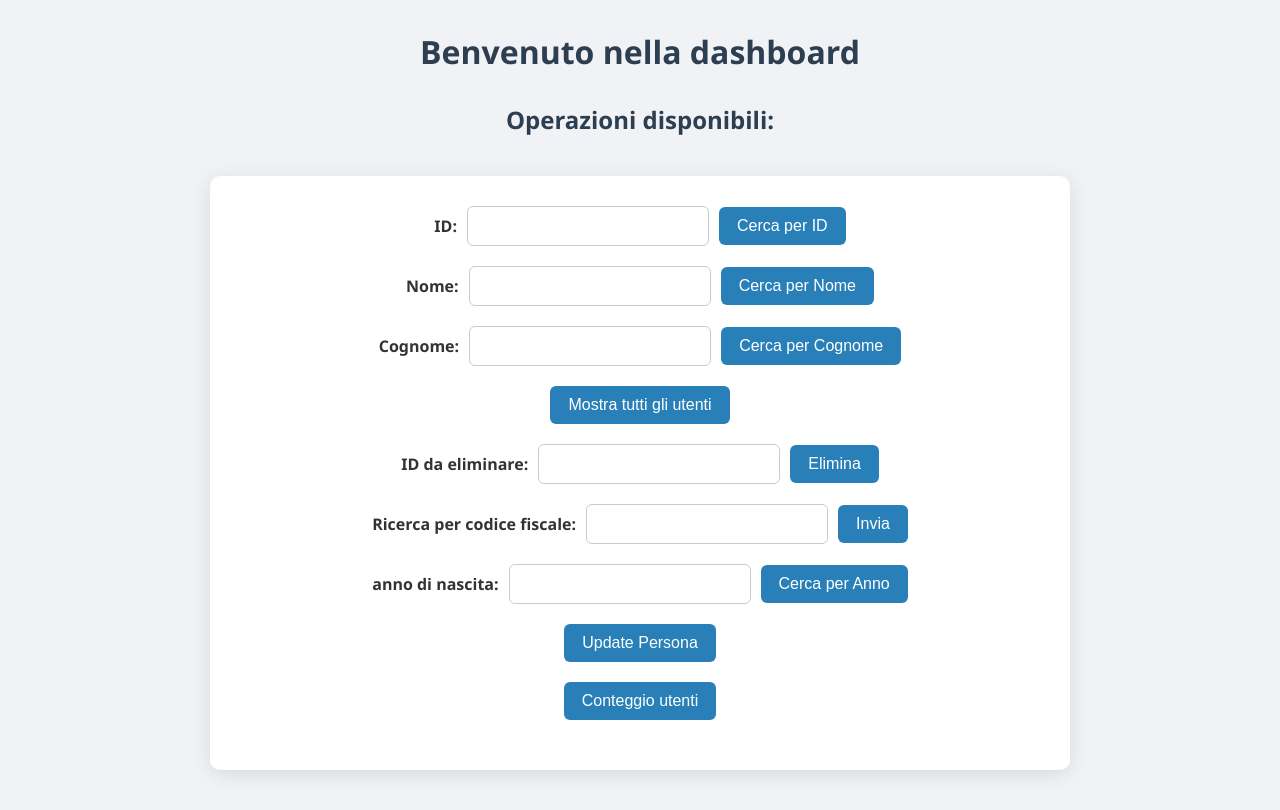
Repository: PcarloP/java_se
Page: http://localhost/anagraficaweb/dashboard.jsp
The author's editor kept a copy of each file at every save. The page is drawn from the files as they stood at one save, then again after the next save.
The browser window is 1280 px wide. The pictures show the whole page.
The page is served by Tomcat 10. Other server files are loaded and not shown.

Above is the page before, as saved 2025-06-22 18:42:58.

### anagraficaweb/WebContent/dashboard.jsp
<%@ page language="java" contentType="text/html; charset=UTF-8"%>
<!DOCTYPE html>
<html lang="it">
<head>
<meta charset="UTF-8">
<title>Dashboard</title>
<link rel="stylesheet"
	href="<%=request.getContextPath()%>/dashboard.css">
</head>

<body>
	<h1>Benvenuto nella dashboard</h1>
	<h2>Operazioni disponibili:</h2>


	<div class="forms-container">
		<!-- chiamata alla servlet del metodo  findById con metodo GET-->
		<form action="<%=request.getContextPath() + "/findById"%>"
			method="get">
			<label>ID:</label> <input type="text" name="id" required />
			<button type="submit">Cerca per ID</button>
		</form>


		<!-- chiamata alla servlet del metodo  findByNome con metodo GET-->
		<form action="<%=request.getContextPath() + "/findByNome"%>"
			method="get">
			<label>Nome:</label> <input type="text" name="nome" required />
			<button type="submit">Cerca per Nome</button>
		</form>


		<!-- chiamata alla servlet del metodo  findByCognome con metodo GET -->
		<form action="<%=request.getContextPath() + "/findByCognome"%>"
			method="get">
			<label>Cognome:</label> <input type="text" name="cognome" required />
			<button type="submit">Cerca per Cognome</button>
		</form>


		<!-- chiamata alla servlet del metodo  findAll con metodo GET-->
		<form action="<%=request.getContextPath() + "/findAll"%>" method="get">
			<button type="submit">Mostra tutti gli utenti</button>
		</form>


		<!-- chiamata alla servlet del metodo delete con metodo GET -->
		<form action="<%=request.getContextPath() + "/delete"%>" method="get">
			<label>ID da eliminare:</label> <input type="text" name="id" required />
			<button type="submit">Elimina</button>
		</form>


		<!--  chiamata alla servlet del metodo FindByCf con metodo GET-->
		<form action="<%=request.getContextPath() + "/findByCf"%>"
			method="get">
			<label> Ricerca per codice fiscale: </label> <input type="text"
				name=codicefiscale required />
			<button type="submit">Invia</button>
		</form>


        <!--  chiamata alla servlet del metodo FindByAnno con metodo GET-->
        <form action="<%=request.getContextPath() + "/findbyanno"%>"
			method="get">
			<label>anno di nascita:</label> <input type="text" name="annoNascita" required />
			<button type="submit">Cerca per Anno</button>
		</form>



<!-- Form per aggiornare una persona -->
<form action="<%=request.getContextPath()%>/updatesetter" method="get">
    <button type="submit">Update Persona</button>
</form>



		<form action="<%=request.getContextPath() + "/count"%>" method="get">
			<button type="submit">Conteggio utenti</button>

		</form>
	</div>
</body>
</html>

### anagraficaweb/WebContent/dashboard.css
body {
    font-family: 'Segoe UI', Tahoma, Geneva, Verdana, sans-serif;
    background-color: #f0f2f5;
    color: #333;
    margin: 0;
    padding: 0;
}


h1, h2 {
    text-align: center;
    color: #2c3e50;
    margin-top: 30px;
}


.forms-container {
    width: 90%;
    max-width: 800px;
    margin: 40px auto;
    padding: 30px;
    background-color: #ffffff;
    border-radius: 10px;
    box-shadow: 0 4px 20px rgba(0, 0, 0, 0.1);
}


form {
    display: flex;
    flex-wrap: wrap;
    align-items: center;
    justify-content: center;
    margin-bottom: 20px;
    gap: 10px;
}

label {
    font-weight: bold;
}

input[type="text"],
input[type="number"] {
    padding: 10px;
    width: 220px;
    border: 1px solid #ccc;
    border-radius: 6px;
    font-size: 1em;
    transition: border-color 0.3s ease;
}

input[type="text"]:focus,
input[type="number"]:focus {
    border-color: #2980b9;
    outline: none;
}

button {
    padding: 10px 18px;
    background-color: #2980b9;
    color: white;
    border: none;
    border-radius: 6px;
    font-size: 1em;
    cursor: pointer;
    transition: background-color 0.3s ease;
}

button:hover {
    background-color: #1c5980;
}

After the next save:
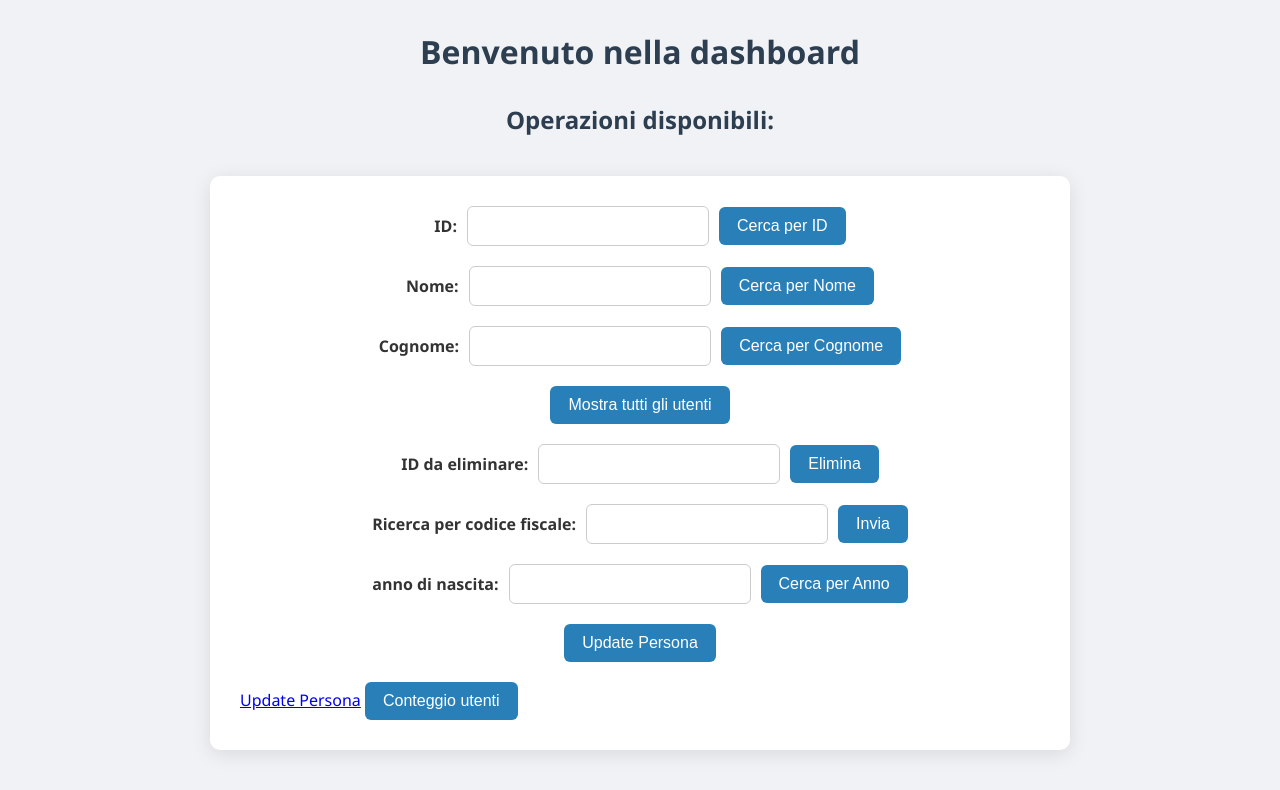
Saved 9 min 0 s later.
--- a/anagraficaweb/WebContent/dashboard.jsp
+++ b/anagraficaweb/WebContent/dashboard.jsp
@@ -76,7 +76,7 @@
 
 
 
-		<form action="<%=request.getContextPath() + "/count"%>" method="get">
+<a href="<%=request.getContextPath()%>/updatesetter.jsp" class="button">Update Persona</a>
 			<button type="submit">Conteggio utenti</button>
 
 		</form>

After the save that followed:
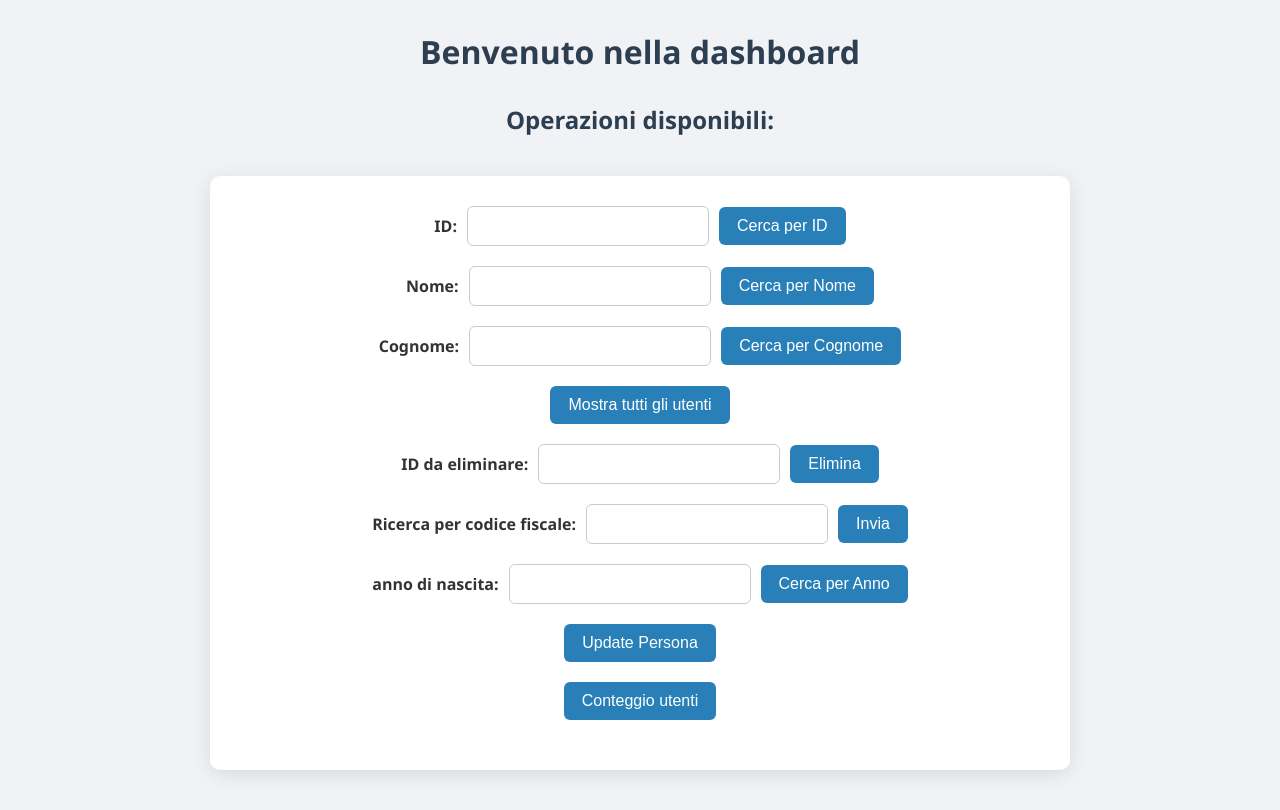
Saved 9 s later.
--- a/anagraficaweb/WebContent/dashboard.jsp
+++ b/anagraficaweb/WebContent/dashboard.jsp
@@ -76,7 +76,7 @@
 
 
 
-<a href="<%=request.getContextPath()%>/updatesetter.jsp" class="button">Update Persona</a>
+		<form action="<%=request.getContextPath() + "/count"%>" method="get">
 			<button type="submit">Conteggio utenti</button>
 
 		</form>
